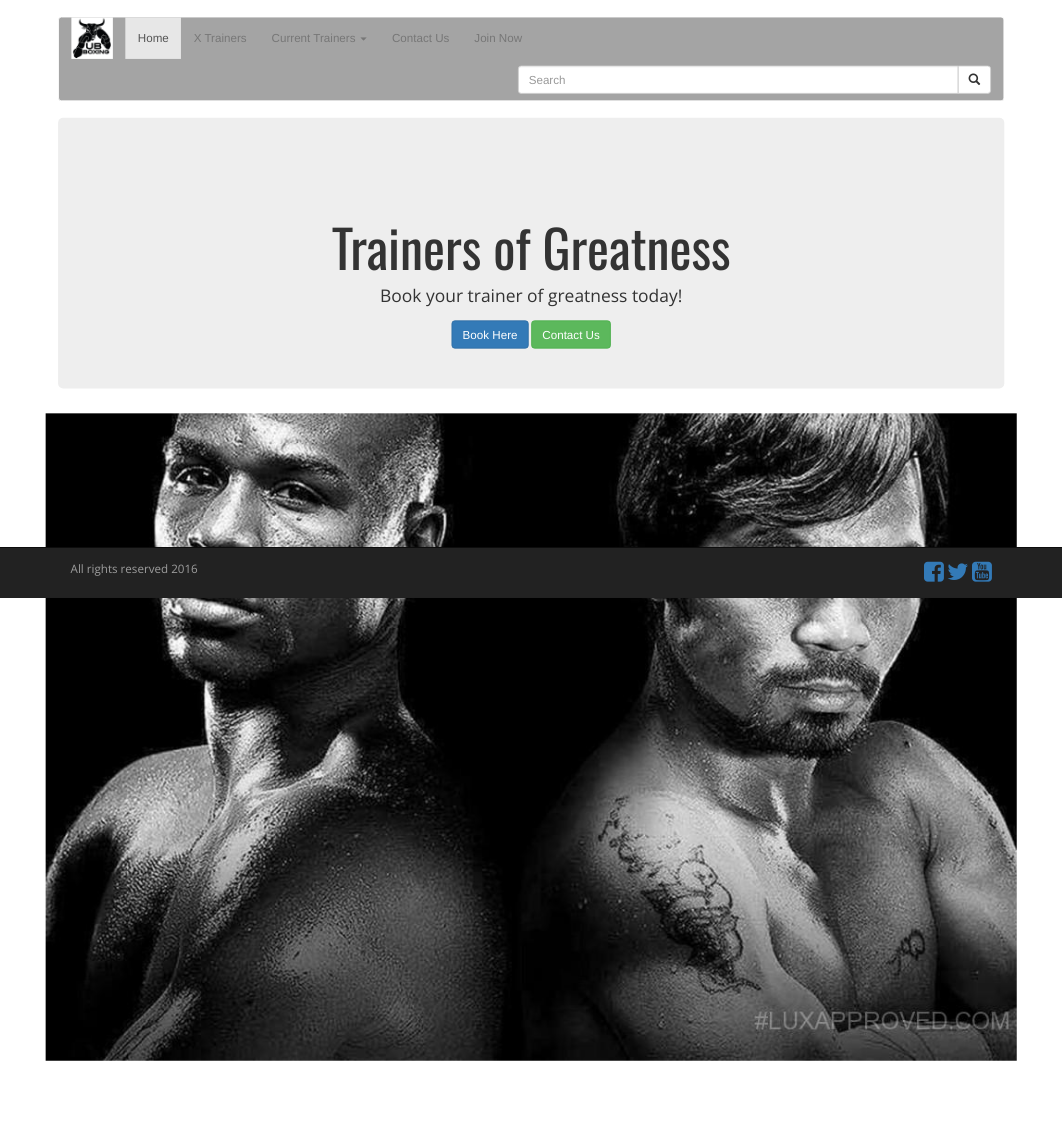
Repository: Dittaa5/2015cde-assesment-
Page: http://localhost/
The author's editor kept a record of every edit. The page is drawn from the files as they stood at one moment, then again after the next edit.
The browser window is 1280 px wide. The pictures show the whole page, at 83% of full size.
Some web libraries are served in a nearby version. The page is served by the project's application, run on Flask 3 (bootstrap-3.3.6-dist/app.py).

Above is the page before.

After the next edit:
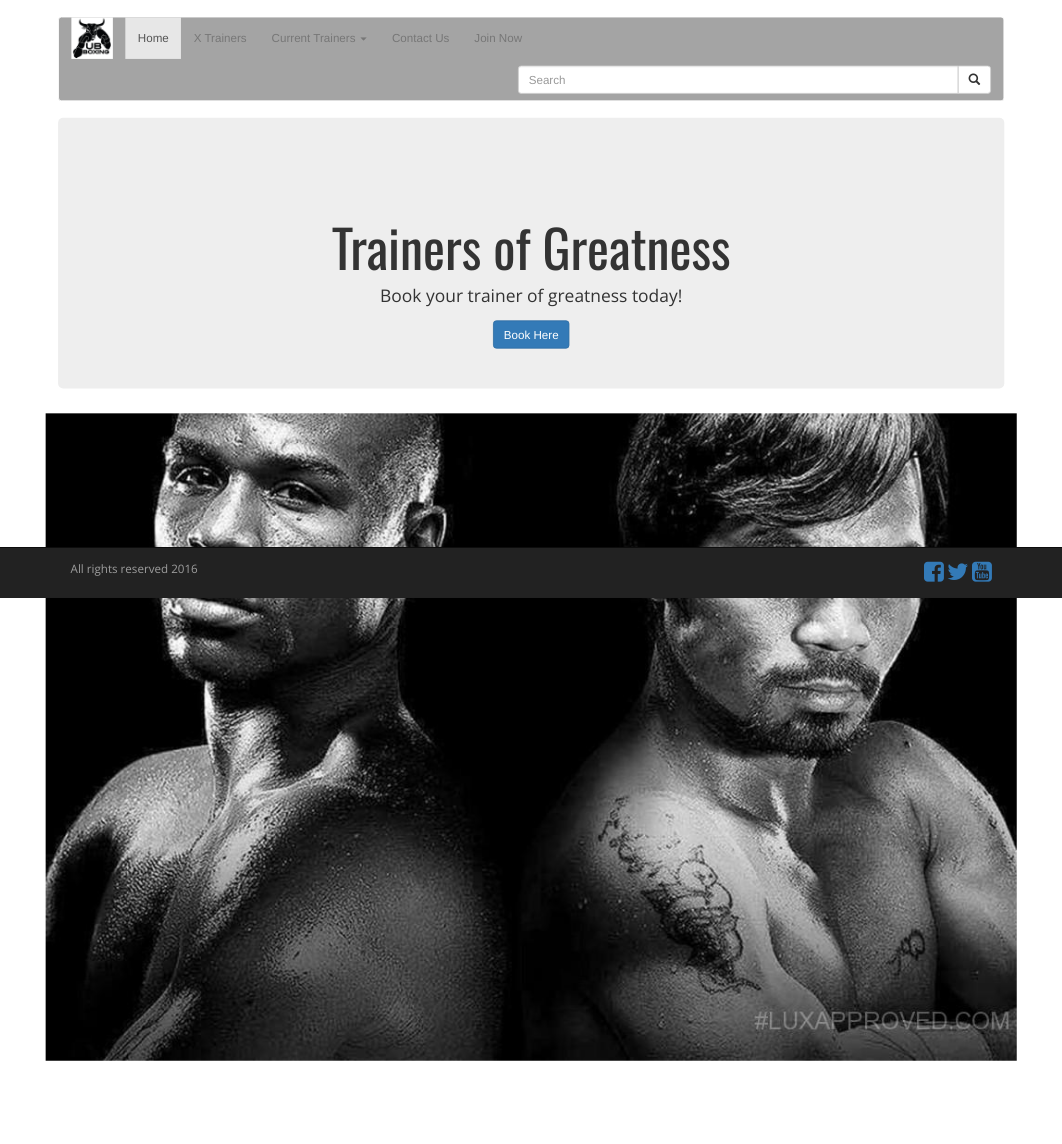
The edit:
--- a/website205New/workspace/bootstrap-3.3.6-dist/templates/index.html
+++ b/website205New/workspace/bootstrap-3.3.6-dist/templates/index.html
@@ -70,8 +70,7 @@
     <div class="jumbotron text-center">
     <h1>Trainers of Greatness</h1>
     <p>Book your trainer of greatness today!</p>
-    <a href="#" class="btn btn-primary">Book Here</a>
-    <a href="#" class="btn btn-success">Contact Us</a>
+    <a href="/home" class="btn btn-primary">Book Here</a>
     </div>
   </div>
 
